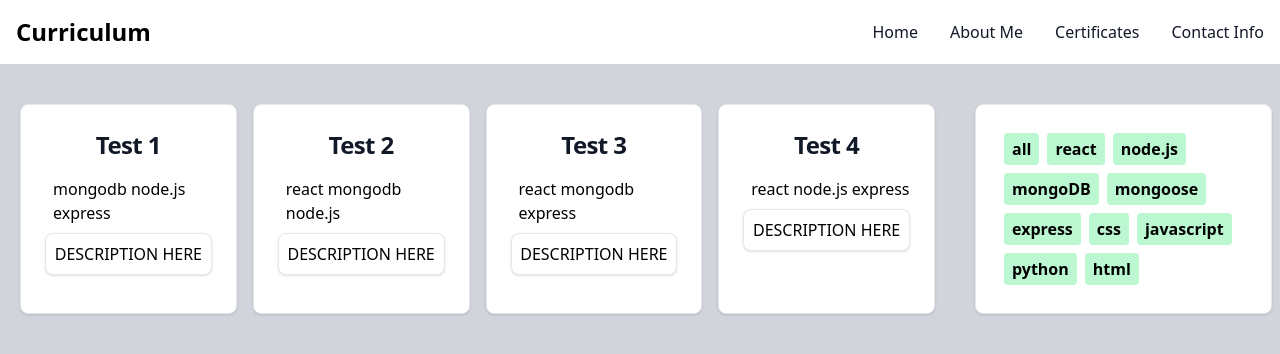
Repository: JetPi/Presentatio-Project
Page: /about/certificates
The author's editor kept a copy of each file at every save. The page is drawn from the files as they stood at one save, then again after the next save.
The browser window is 1280 px wide. The pictures show the whole page.
The project was rebuilt for these pictures with package versions that can differ from the ones it lists, and the page was loaded fresh each time. The framework's server and built-in components were replaced by stand-ins that run in the browser. Also part of the build but not shown: next.config.js.

Above is the page before, as saved 2023-04-03 16:41:05.

### src/pages/_app.tsx
import "@/styles/globals.css";
import type { AppProps } from "next/app";
import { NavBar } from "@/components/NavBar";

const navList = [
  { text: "Home", href: "/" },
  { text: "About Me", href: "/about/me" },
  { text: "Certificates", href: "/about/certificates" },
  { text: "Contact Info", href: "/about/socials" },
];

export default function App({ Component, pageProps }: AppProps) {
  return (
    <div className="min-h-screen pb-2 bg-gray-300 h-cover">
      <NavBar navList={navList} />
      <Component {...pageProps} />
    </div>
  );
}

### src/pages/about/certificates.tsx
import { Card, CardTitle, CardButton } from "@/components/Card";
import CertificateList from "@/components/CertificateList";
import Image from "next/image";
import { Url } from "url";

const DUMMY_SKILL_LIST = [
  "react",
  "node.js",
  "mongoDB",
  "mongoose",
  "express",
  "css",
  "javascript",
  "python",
  "html",
];

const url: Url = {
  href: "/about/me",
  auth: null,
  hash: null,
  host: null,
  hostname: null,
  path: null,
  pathname: null,
  protocol: null,
  search: null,
  slashes: null,
  port: null,
  query: null,
};

const DUMMY_TEST = [
  {
    name: "Test 1",
    source: "Source 1",
    description: "DESCRIPTION HERE",
    image: "https://picsum.photos/200/300",
    skills: ["mongoDB", "Node.js", "Express"],
    url,
  },
  {
    name: "Test 2",
    source: "Source 2",
    description: "DESCRIPTION HERE",
    image: "https://picsum.photos/200/300",
    skills: ["react", "mongoDB", "Node.js"],
    url,
  },
  {
    name: "Test 3",
    description: "DESCRIPTION HERE",
    source: "Source 3",
    image: "https://picsum.photos/200/300",
    skills: ["react", "mongoDB", "Express"],
    url,
  },
  {
    name: "Test 4",
    source: "Source 4",
    description: "DESCRIPTION HERE",
    image: "https://picsum.photos/200/300",
    skills: ["react", "Node.js", "Express"],
    url,
  },
];

export default function Certificate() {
  return (
    <div>
      <CertificateList itemList={DUMMY_TEST} skillList={DUMMY_SKILL_LIST} />
    </div>
  );
}

### src/styles/globals.css
@tailwind base;
@tailwind components;
@tailwind utilities;

:root {
  --max-width: 1100px;
  --border-radius: 12px;
  --font-mono: ui-monospace, Menlo, Monaco, "Cascadia Mono", "Segoe UI Mono",
    "Roboto Mono", "Oxygen Mono", "Ubuntu Monospace", "Source Code Pro",
    "Fira Mono", "Droid Sans Mono", "Courier New", monospace;

  --foreground-rgb: 0, 0, 0;
  --background-start-rgb: 214, 219, 220;
  --background-end-rgb: 255, 255, 255;

  --primary-glow: conic-gradient(
    from 180deg at 50% 50%,
    #16abff33 0deg,
    #0885ff33 55deg,
    #54d6ff33 120deg,
    #0071ff33 160deg,
    transparent 360deg
  );
  --secondary-glow: radial-gradient(
    rgba(255, 255, 255, 1),
    rgba(255, 255, 255, 0)
  );

  --tile-start-rgb: 239, 245, 249;
  --tile-end-rgb: 228, 232, 233;
  --tile-border: conic-gradient(
    #00000080,
    #00000040,
    #00000030,
    #00000020,
    #00000010,
    #00000010,
    #00000080
  );

  --callout-rgb: 238, 240, 241;
  --callout-border-rgb: 172, 175, 176;
  --card-rgb: 180, 185, 188;
  --card-border-rgb: 131, 134, 135;
}

@media (prefers-color-scheme: dark) {
  :root {
    --foreground-rgb: 255, 255, 255;
    --background-start-rgb: 0, 0, 0;
    --background-end-rgb: 0, 0, 0;

    --primary-glow: radial-gradient(rgba(1, 65, 255, 0.4), rgba(1, 65, 255, 0));
    --secondary-glow: linear-gradient(
      to bottom right,
      rgba(1, 65, 255, 0),
      rgba(1, 65, 255, 0),
      rgba(1, 65, 255, 0.3)
    );

    --tile-start-rgb: 2, 13, 46;
    --tile-end-rgb: 2, 5, 19;
    --tile-border: conic-gradient(
      #ffffff80,
      #ffffff40,
      #ffffff30,
      #ffffff20,
      #ffffff10,
      #ffffff10,
      #ffffff80
    );

    --callout-rgb: 20, 20, 20;
    --callout-border-rgb: 108, 108, 108;
    --card-rgb: 100, 100, 100;
    --card-border-rgb: 200, 200, 200;
  }
}

* {
  box-sizing: border-box;
  padding: 0;
  margin: 0;
}

html,
body {
  max-width: 100vw;
  overflow-x: hidden;
}

body {
  color: rgb(var(--foreground-rgb));
}

a {
  color: inherit;
  text-decoration: none;
}

@media (prefers-color-scheme: dark) {
  html {
    color-scheme: dark;
  }
}

### src/components/NavBar.tsx
import Image from "next/image";
import Link from "next/link";
import { ReactNode } from "react";
type NavData = {
  href: string;
  text: string;
};

interface Props {
  children?: ReactNode | string;
  href?: string;
  navList?: Array<NavData>;
}

function NavItem({ children, href }: Props) {
  return (
    <li>
      <Link
        href={{ pathname: href }}
        className="block py-2 pl-3 pr-4 text-gray-900 rounded hover:bg-gray-100 md:hover:bg-transparent md:border-0 md:hover:text-blue-700 md:p-0 dark:text-white md:dark:hover:text-blue-500 dark:hover:bg-gray-700 dark:hover:text-white md:dark:hover:bg-transparent"
      >
        {children}
      </Link>
    </li>
  );
}

export function NavBar({ navList }: Props) {
  return (
    <nav className="bg-white border-gray-200 dark:bg-gray-900">
      <div className="flex flex-wrap items-center justify-between max-w-screen-xl p-4 mx-auto">
        <span className="self-center text-2xl font-semibold whitespace-nowrap dark:text-white">
          Curriculum
        </span>
        <button
          data-collapse-toggle="navbar-default"
          type="button"
          className="inline-flex items-center p-2 ml-3 text-sm text-gray-500 rounded-lg md:hidden hover:bg-gray-100 focus:outline-none focus:ring-2 focus:ring-gray-200 dark:text-gray-400 dark:hover:bg-gray-700 dark:focus:ring-gray-600"
          aria-controls="navbar-default"
          aria-expanded="false"
        >
          <span className="sr-only">Open main menu</span>
          <svg
            className="w-6 h-6"
            aria-hidden="true"
            fill="currentColor"
            viewBox="0 0 20 20"
            xmlns="http://www.w3.org/2000/svg"
          >
            <path
              fillRule="evenodd"
              d="M3 5a1 1 0 011-1h12a1 1 0 110 2H4a1 1 0 01-1-1zM3 10a1 1 0 011-1h12a1 1 0 110 2H4a1 1 0 01-1-1zM3 15a1 1 0 011-1h12a1 1 0 110 2H4a1 1 0 01-1-1z"
              clipRule="evenodd"
            ></path>
          </svg>
        </button>
        <div className="hidden w-full md:block md:w-auto" id="navbar-default">
          <ul className="flex flex-col p-4 mt-4 font-medium border border-gray-100 rounded-lg md:p-0 bg-gray-50 md:flex-row md:space-x-8 md:mt-0 md:border-0 md:bg-white dark:bg-gray-800 md:dark:bg-gray-900 dark:border-gray-700">
            {navList?.map((item) => {
              return (
                <NavItem href={item.href} key={Math.random()}>
                  {item.text}
                </NavItem>
              );
            })}
          </ul>
        </div>
      </div>
    </nav>
  );
}

### src/components/CertificateList.tsx
import React, { MouseEventHandler, useEffect, useState } from "react";
import { Url } from "url";
import { Card, CardButton, CardTitle } from "./Card";
import Image from "next/image";

interface Props {
  itemList: Array<{
    name: string;
    image: string;
    description: string;
    skills: Array<string>;
    url: Url;
  }>;
  skillList: Array<string>;
}

interface buttonProps {
  skill: string;
  onClickHandler: MouseEventHandler;
}

function CertificateButton({ skill, onClickHandler }: buttonProps) {
  return (
    <button
      className="px-2 py-1 m-1 font-semibold bg-green-200 border-green-800 rounded"
      onClick={onClickHandler}
    >
      {skill}
    </button>
  );
}

export default function CertificateList({ itemList, skillList }: Props) {
  const initialList = itemList.map((item) => {
    return {
      ...item,
      skills: item.skills.map((skill) => {
        return skill.toLowerCase();
      }),
    };
  });
  const [list, setList] = useState(initialList);

  function skillRemover(skill: string) {
    let tempList = initialList.filter((item) => {
      return item.skills.includes(skill);
    });
    setList(tempList);
  }

  return (
    <div className="flex flex-row">
      <div className="grid w-3/4 grid-cols-4 gap-4 mx-5 mt-10">
        {list?.map((item) => {
          return (
            <Card key={item.name} styling="flex flex-col">
              <CardTitle>{item.name}</CardTitle>
              <div className="w-full m-2 h-18">
                {item.skills.map((skill) => {
                  return skill + " ";
                })}
              </div>
              <CardButton href={item.url} styling="w-full">
                {item.description}
              </CardButton>
            </Card>
          );
        })}
      </div>
      <div className="w-1/4 mt-10 ml-5">
        <Card styling="mr-2">
          <ul className="flex flex-row flex-wrap">
            <CertificateButton
              skill={"all"}
              onClickHandler={() => setList(initialList)}
            />
            {skillList?.map((item) => {
              return (
                <li key={item}>
                  <CertificateButton
                    skill={item}
                    onClickHandler={() => {
                      skillRemover(item);
                    }}
                  />
                </li>
              );
            })}
          </ul>
        </Card>
      </div>
    </div>
  );
}

### src/components/Card.tsx
import { redirect } from "next/dist/server/api-utils";
import Link from "next/link";
import { useRouter } from "next/router";
import { Url } from "url";
import React, { MouseEventHandler, ReactNode, useState } from "react";
interface Props {
  children?: ReactNode;
  styling?: string;
  href?: string;
}

interface ButtonProps {
  children?: ReactNode;
  styling?: string;
  href: Url;
}

export function Card({ styling, children }: Props) {
  return (
    <div
      className={`${
        styling ? styling : "flex justify-stretch"
      } p-6 bg-white border border-gray-200 rounded-lg shadow hover:bg-gray-100 dark:bg-gray-800 dark:border-gray-700 dark:hover:bg-gray-700`}
    >
      {children}
      <p className="font-normal text-gray-700 dark:text-gray-400"></p>
    </div>
  );
}

export function CardButton({ href, styling, children }: ButtonProps) {
  return (
    <Link
      className={`${
        styling ? styling : "w-32  "
      } p-2 text-center bg-white border border-gray-200 rounded-lg shadow hover:bg-gray-100 dark:bg-gray-800 dark:border-gray-700 dark:hover:bg-gray-700`}
      href={href.href}
    >
      {children}
    </Link>
  );
}

export function CardTitle({ children }: Props) {
  return (
    <h5 className="mb-2 text-2xl font-bold tracking-tight text-center text-gray-900 dark:text-white">
      {children}
    </h5>
  );
}

Loaded but not shown: src/pages/_document.tsx (common file); tailwind.config.js (common file)

After the next save:
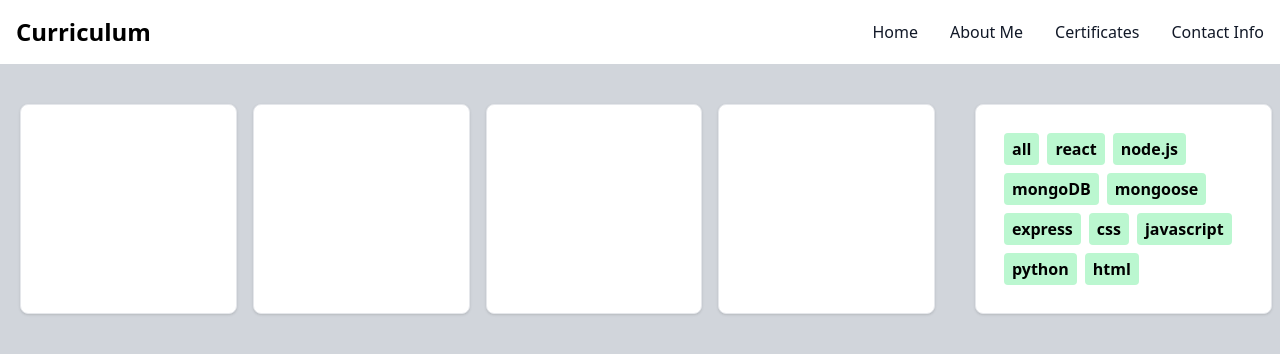
Saved 74 s later.
--- a/src/components/CertificateList.tsx
+++ b/src/components/CertificateList.tsx
@@ -54,15 +54,12 @@ export default function CertificateList({ itemList, skillList }: Props) {
         {list?.map((item) => {
           return (
             <Card key={item.name} styling="flex flex-col">
-              <CardTitle>{item.name}</CardTitle>
+              {/* <CardTitle>{item.name}</CardTitle>
               <div className="w-full m-2 h-18">
                 {item.skills.map((skill) => {
                   return skill + " ";
                 })}
-              </div>
-              <CardButton href={item.url} styling="w-full">
-                {item.description}
-              </CardButton>
+              </div> */}
             </Card>
           );
         })}
